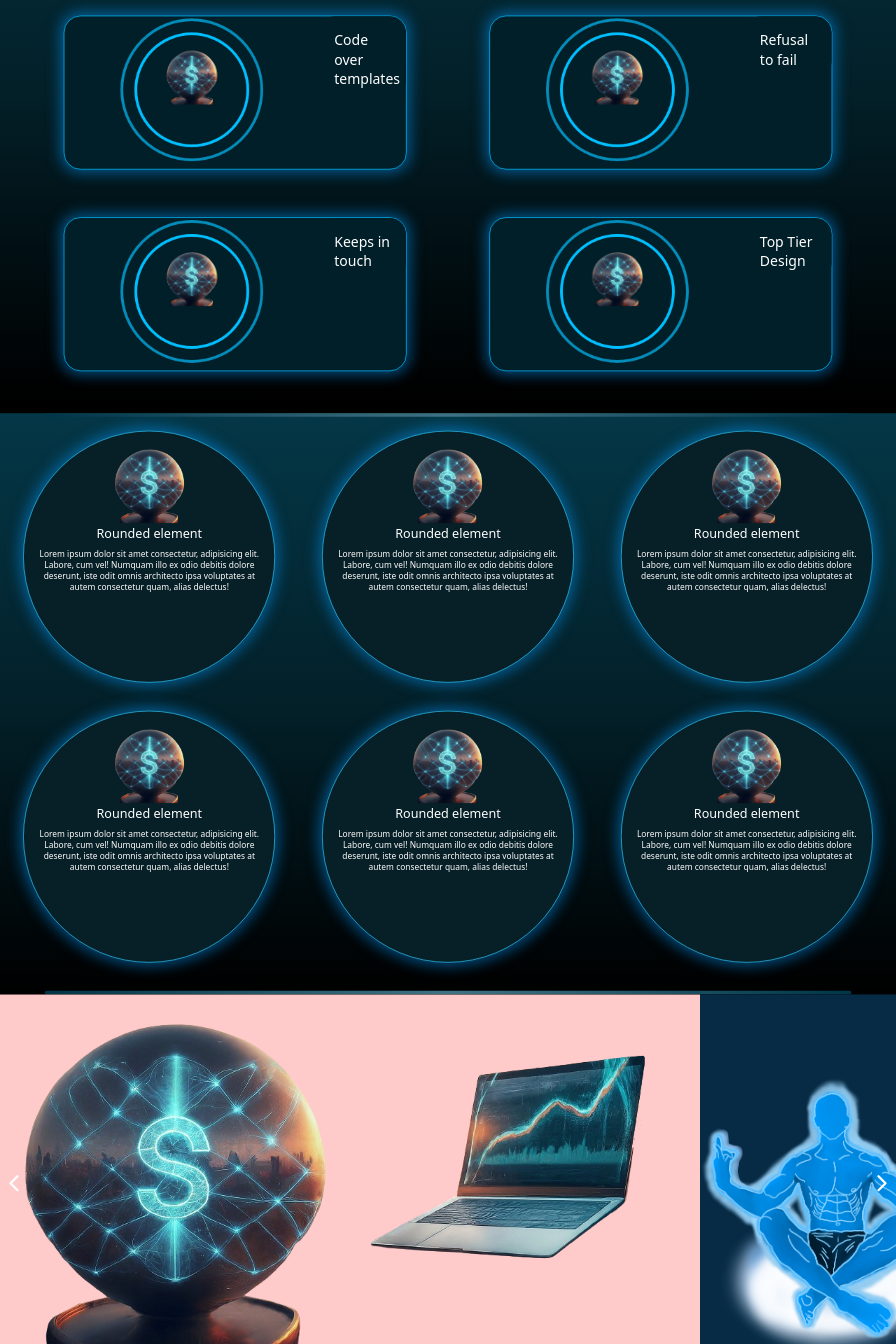
Repository: TMuse333/q3-desings2
Page: /
An editor plug-in stored every save of this project. The page is shown before and after the next save, followed by the edit.
The browser window is 1280 px wide. The pictures show the part of the page from y = 1046 to 2966 px (the page is 2966 px tall), at 70% of full size.
The project was rebuilt for these pictures with package versions that can differ from the ones it lists, and the page was loaded fresh each time. Also part of the build but not shown: vite.config.ts.

Above is the page before, as saved 2024-05-11 14:04:23.

After the next save:
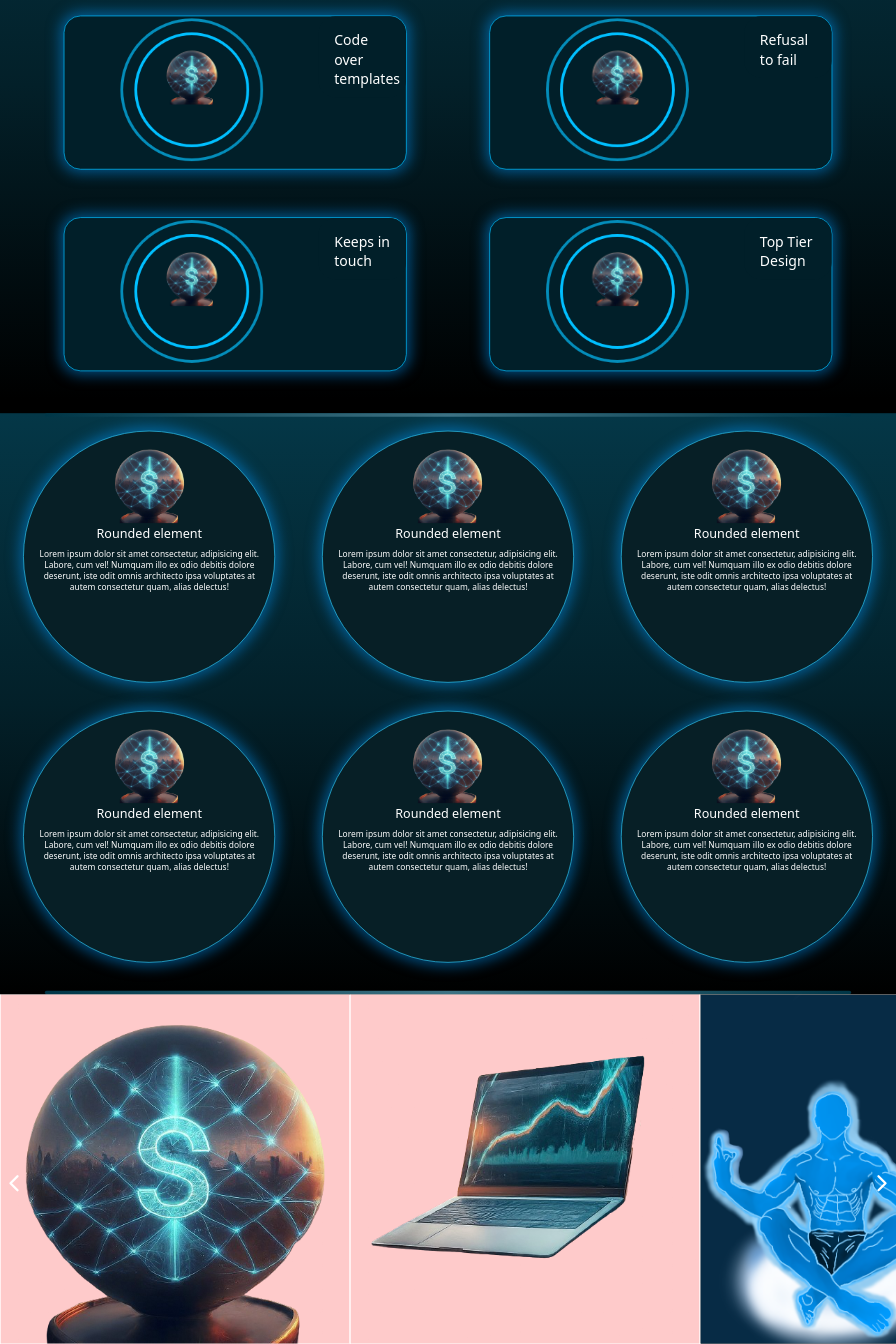
Saved 10 s later.
--- a/src/components/carousel/carousel.tsx
+++ b/src/components/carousel/carousel.tsx
@@ -29,6 +29,7 @@ const Carousel:React.FC<CarouselProps> = ({images}) =>{
                     key={index}
                     className='transition-transform bg-red-200
                     h-[500px]
+                    border border-white
                     '
                     style={{
                         transform:`translateX(-${imageIndex * 100}%)`
